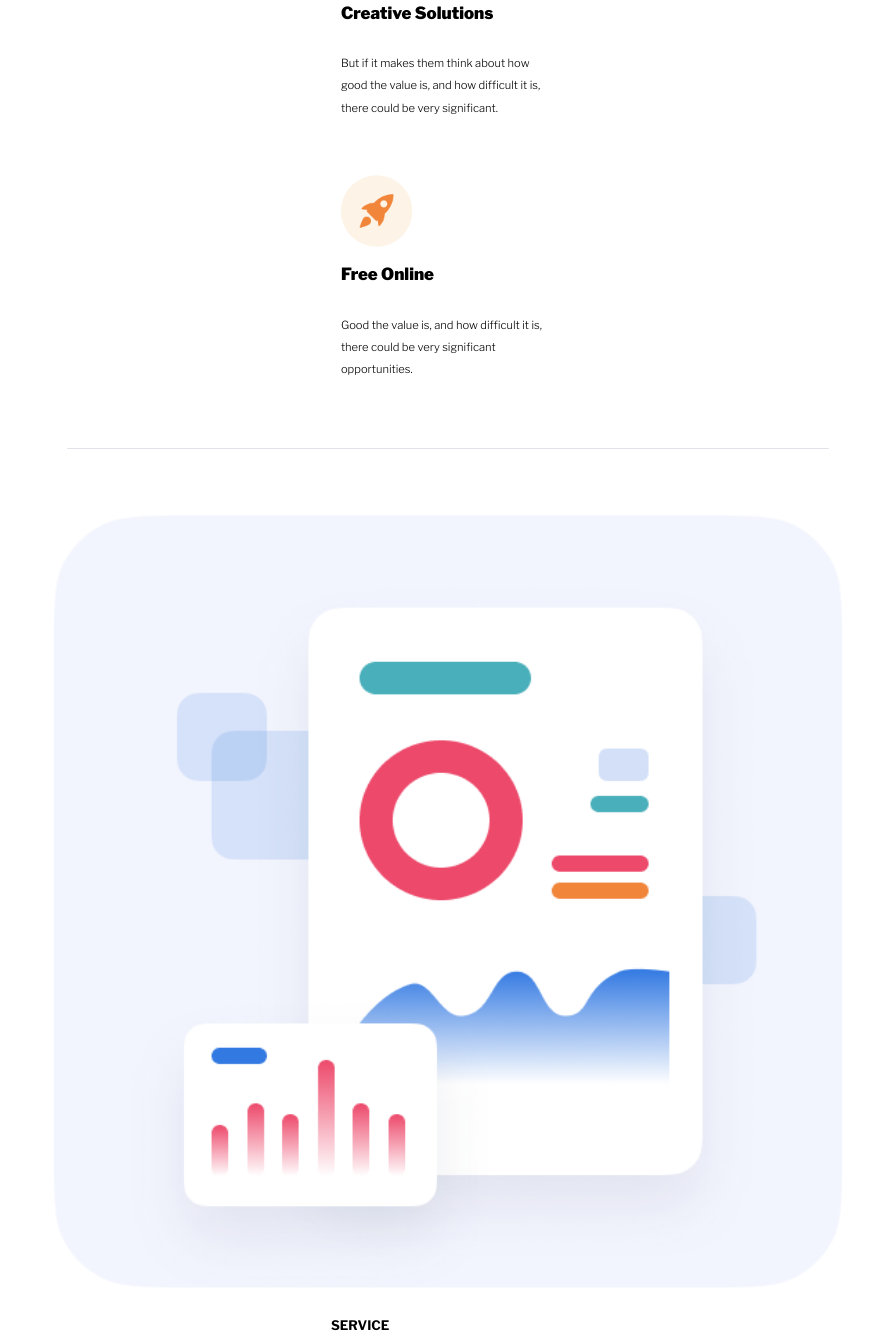
Repository: adryelfelipe/frontend-prova
Page: prova-figma/Prova/index.html
An editor plug-in stored every save of this project. The page is shown before and after a run of saves, followed by the edit.
The browser window is 1280 px wide. The pictures show the part of the page from y = 949 to 2869 px (the page is 3819 px tall before and 3765 px after), at 70% of full size.

Above is the page before, as saved 2026-06-22 19:08:56.

After the next 2 saves:
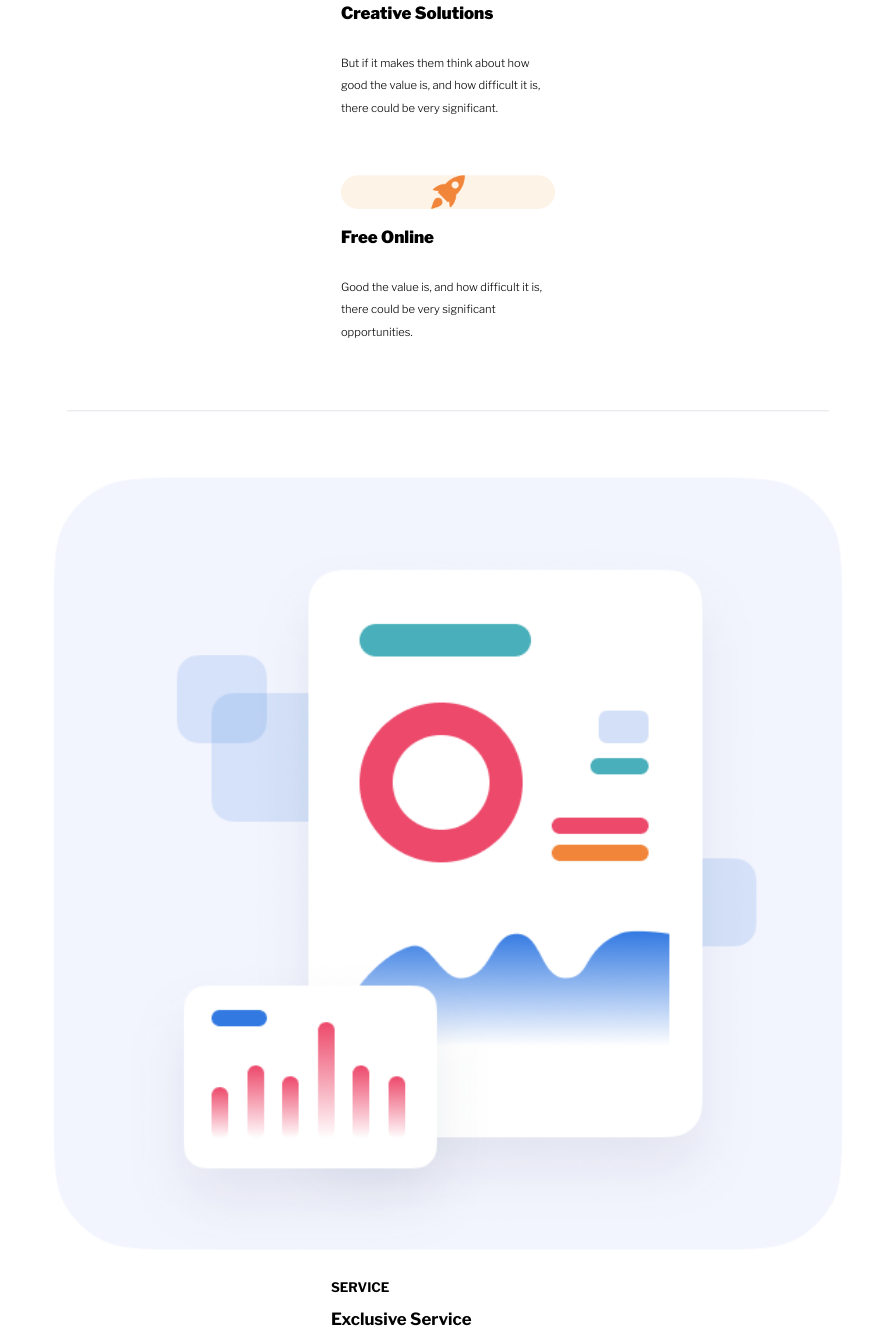
The 2 saves are shown as one change because they came seconds apart.
The last was saved 22 s later.
--- a/prova-figma/Prova/style/style.css
+++ b/prova-figma/Prova/style/style.css
@@ -149,8 +149,8 @@ header h2 {
     justify-content: center;
     align-items: center;
     border-radius: 100px;
-    width: 102px;
-    height: 102px;
+    width: 6,3rem;
+    height: 6,3rem;
     background-color: var(--bg-icon-rocket)
 }
 
